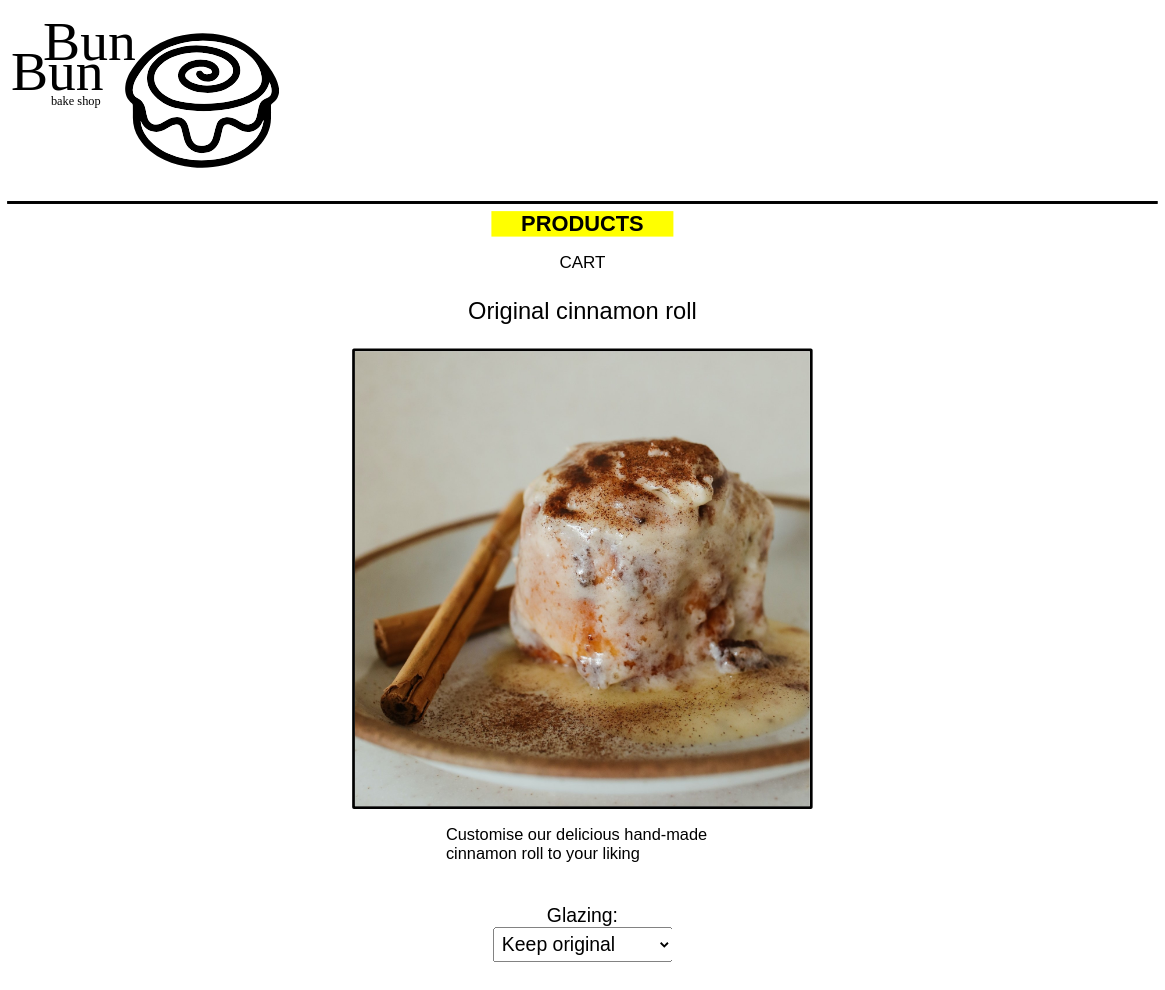
Repository: alicianghm/pui-hw
Page: solution-hw1/HW1-Detail.html
An editor plug-in stored every save of this project. The page is shown before and after the next save, followed by the edit.
The browser window is 1280 px wide. The pictures show the whole page, at 91% of full size.

Above is the page before, as saved 2022-09-08 09:52:44.

After the next save:
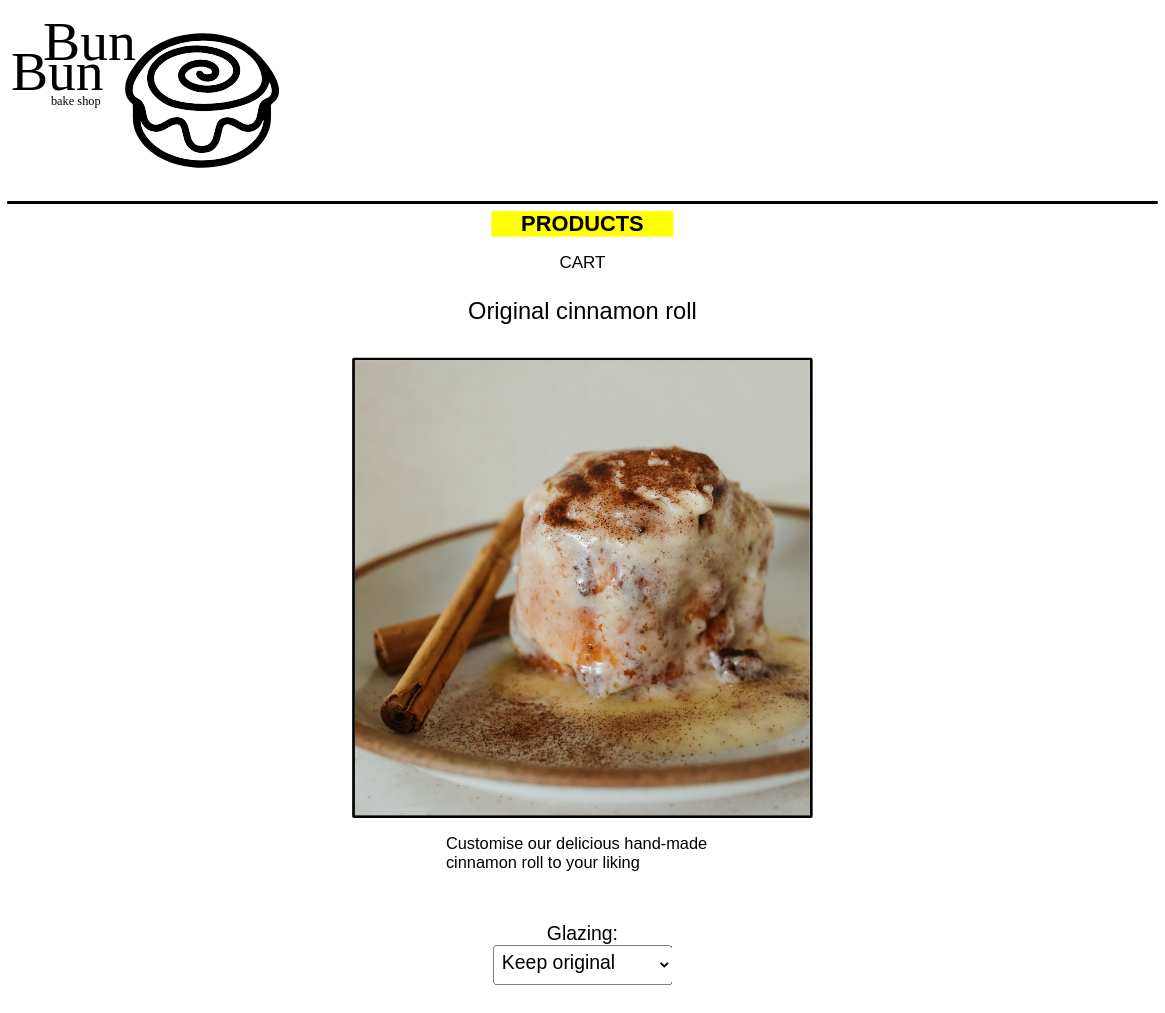
Saved 5 s later.
--- a/solution-hw1/hw1.css
+++ b/solution-hw1/hw1.css
@@ -123,6 +123,6 @@
   padding: 5px;
 }
 
-p.glazing{
+p,.glazing{
   padding-bottom: 10px;
 }

After the save that followed:
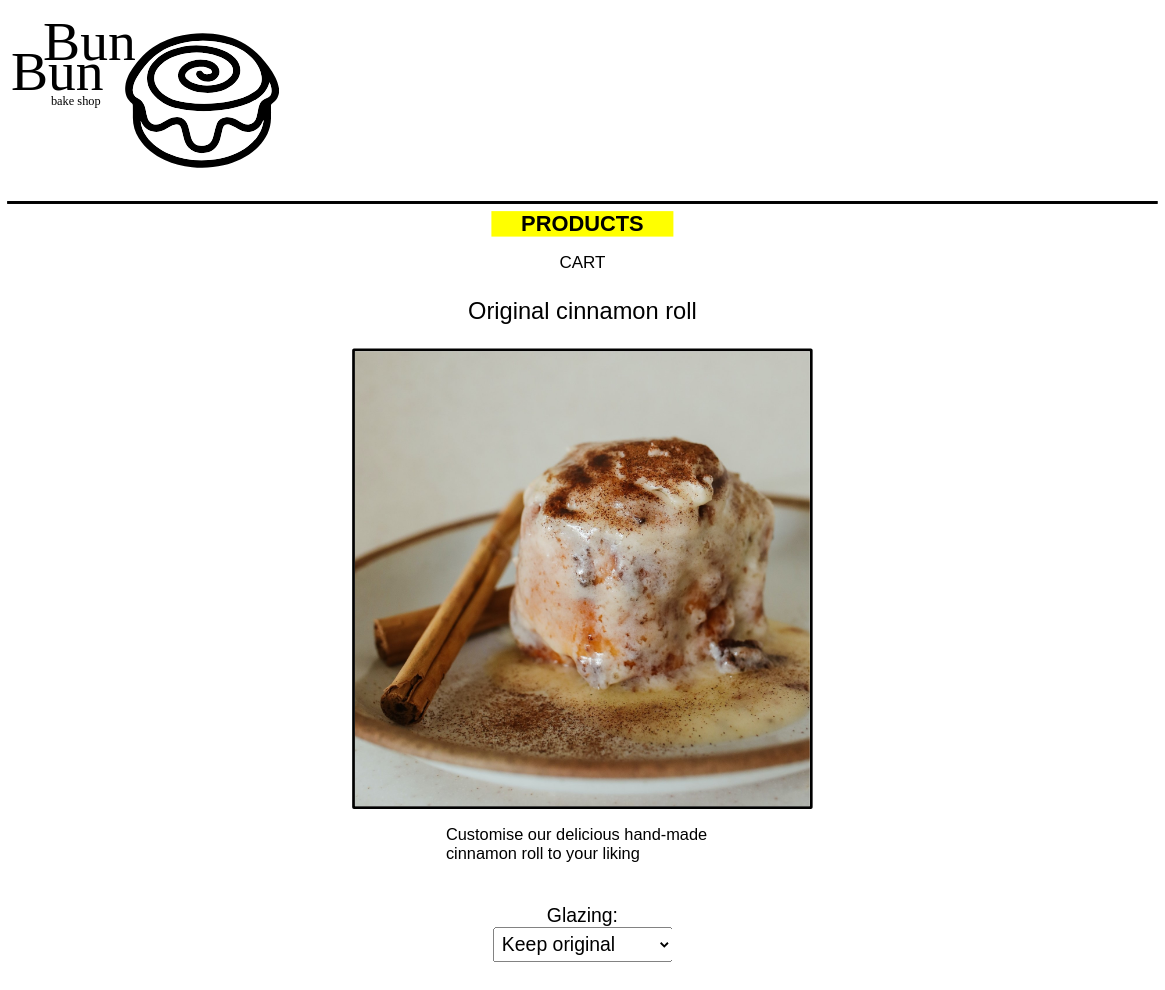
Saved 5 s later.
--- a/solution-hw1/hw1.css
+++ b/solution-hw1/hw1.css
@@ -123,6 +123,6 @@
   padding: 5px;
 }
 
-p,.glazing{
+p.glazing{
   padding-bottom: 10px;
 }
